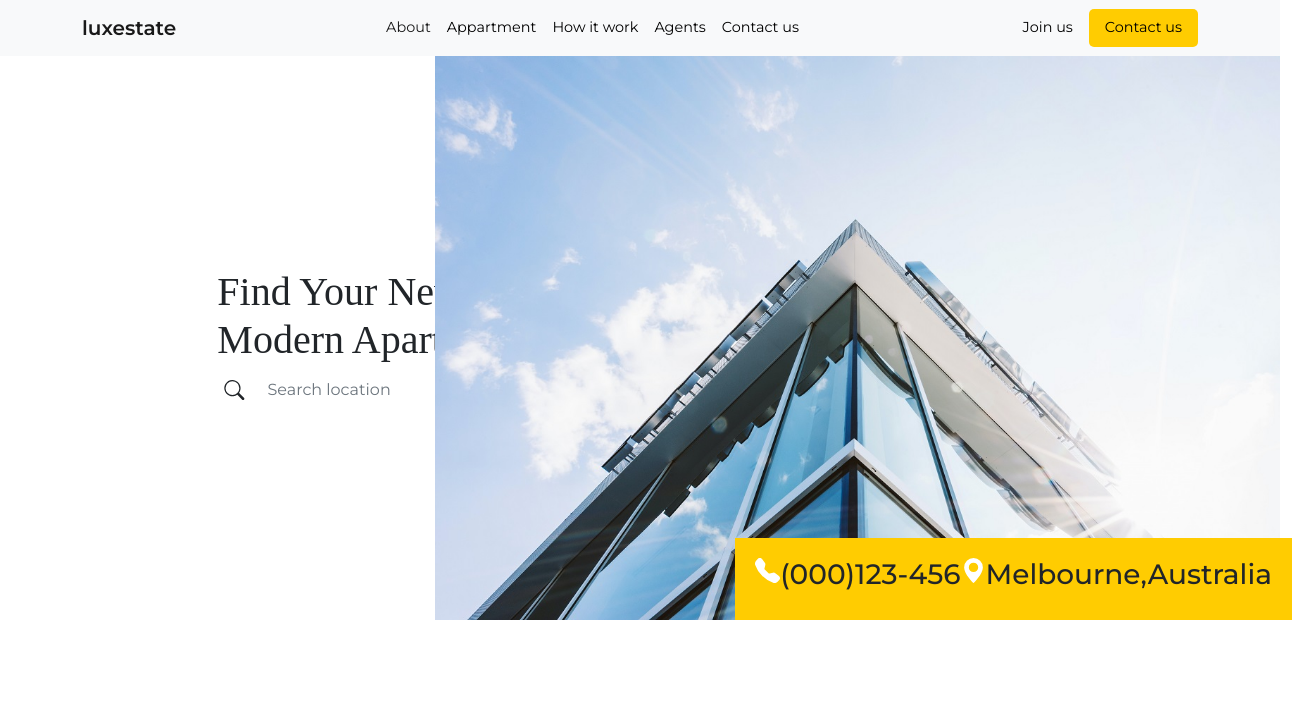
Repository: Toqa-25/luxstate
Page: index.html
The author's editor kept a copy of each file at every save. The page is drawn from the files as they stood at one save, then again after the next save.
The browser window is 1280 px wide. The page is 1292 px wide, so the pictures cover 1292 px, including what lies to the right of the window. The pictures show the whole page.

Above is the page before, as saved 2021-06-07 23:51:57.

### index.html
<!DOCTYPE html>
<html lang="en">
<head>
    <meta charset="UTF-8">
    <meta http-equiv="X-UA-Compatible" content="IE=edge">
    <meta name="viewport" content="width=device-width, initial-scale=1.0">
    <!-- Bootstrap file -->
    <link rel="stylesheet" href="css/bootstrap.css">
    <!-- My Bootstrap file -->
    <link rel="stylesheet" href="css/my-bootstrap.css">
    <!-- all main style -->
    <link rel="stylesheet" href="css/all.min.css">
    <!-- CDN css file -->
    <link href="https://cdn.jsdelivr.net/npm/bootstrap@5.0.1/dist/css/bootstrap.min.css" rel="stylesheet" integrity="sha384-+0n0xVW2eSR5OomGNYDnhzAbDsOXxcvSN1TPprVMTNDbiYZCxYbOOl7+AMvyTG2x" crossorigin="anonymous">
    <!-- Style file -->
    <link rel="stylesheet" href="css/style.css">
    <!-- web fonts -->
    <link rel="preconnect" href="https://fonts.gstatic.com">
<link href="https://fonts.googleapis.com/css2?family=Montserrat:wght@100;200;300;400;500;600;700;800;900&display=swap" rel="stylesheet">
    <title>Bootstarp</title>
</head>
<body>
    <nav class="navbar navbar-expand-lg navbar-light bg-light">
        <div class="container">
          <a class="navbar-brand" href="#">luxestate</a>
          <button class="navbar-toggler" type="button" data-bs-toggle="collapse" data-bs-target="#navbarSupportedContent" aria-controls="navbarSupportedContent" aria-expanded="false" aria-label="Toggle navigation">
            <span class="navbar-toggler-icon"></span>
          </button>
          <div class="collapse navbar-collapse offset-2 navbar-light" id="navbarSupportedContent">
            <ul class="navbar-nav me-auto mb-2 mb-lg-0 ">
              <li class="nav-item">
                <a class="nav-link active" aria-current="page" href="#">About</a>
              </li>
              <li class="nav-item ">
                <a class="nav-link " href="#">Appartment</a>
              </li>
              <li class="nav-item">
                <a class="nav-link" href="#">How it work</a>
              </li>
              <li class="nav-item">
                <a class="nav-link" href="#">Agents</a>
              </li>
              <li class="nav-item">
                <a class="nav-link" href="#">Contact us</a>
              </li>

            </ul>
            <ul class="nav justify-content-end last-nav">
                <li class="nav-item">
                  <a class="nav-link active" aria-current="page" href="#">Join us</a>
                </li>
                <li class="nav-item focuse">
                  <a class="nav-link " href="#">Contact us</a>
                </li>

              </ul>
          </div>
        </div>
      </nav>
      <header>
      <div class="row">
        <div class="image-section float-end col-8 ">
        <img src="images/cover-unsplash.jpg" class="img-fluid "  alt="...">
        <div class="text-over d-flex float-end">
          <svg xmlns="http://www.w3.org/2000/svg" width="25" height="25" fill="#ffffff" class="bi bi-telephone-fill" viewBox="0 0 16 16">
            <path fill-rule="evenodd" d="M1.885.511a1.745 1.745 0 0 1 2.61.163L6.29 2.98c.329.423.445.974.315 1.494l-.547 2.19a.678.678 0 0 0 .178.643l2.457 2.457a.678.678 0 0 0 .644.178l2.189-.547a1.745 1.745 0 0 1 1.494.315l2.306 1.794c.829.645.905 1.87.163 2.611l-1.034 1.034c-.74.74-1.846 1.065-2.877.702a18.634 18.634 0 0 1-7.01-4.42 18.634 18.634 0 0 1-4.42-7.009c-.362-1.03-.037-2.137.703-2.877L1.885.511z"/>
          </svg>
          <h3>(000)123-456</h3>
          <svg xmlns="http://www.w3.org/2000/svg" width="25" height="25" fill="#ffffff" class="bi bi-geo-alt-fill" viewBox="0 0 16 16">
            <path d="M8 16s6-5.686 6-10A6 6 0 0 0 2 6c0 4.314 6 10 6 10zm0-7a3 3 0 1 1 0-6 3 3 0 0 1 0 6z"/>
          </svg>
          <h3>Melbourne,Australia</h3>
        </div>
        </div>
          <div class="header-text  col-4 order-first">
              <h1>Find Your New <br>
                Modern Apartment </h1>
                <form class="d-flex">
                    <svg xmlns="http://www.w3.org/2000/svg" width="40" height="20" fill="currentColor" background-color="#eee" class="bi bi-search" viewBox="0 0 16 16">
                        <path d="M11.742 10.344a6.5 6.5 0 1 0-1.397 1.398h-.001c.03.04.062.078.098.115l3.85 3.85a1 1 0 0 0 1.415-1.414l-3.85-3.85a1.007 1.007 0 0 0-.115-.1zM12 6.5a5.5 5.5 0 1 1-11 0 5.5 5.5 0 0 1 11 0z"/>
                      </svg>
                    <input class="form-control " type="search" placeholder=" Search location" aria-label="Search">
                    <button class="btn btn-warning" type="submit">Search </button>
                  </form>
          </div>

      </div>

    </header>

      <script src="js/bootstrap.min.js"></script>
</body>
</html>

### css/style.css
/* veriables */
:root{
    --main-color:#ffcc01;
}

/* global rules */
body{
    font-family: 'Montserrat', sans-serif;
    margin: 0;
    padding: 0;
}
 /* file style */

 .navbar-light .navbar-nav .nav-link,
 .last-nav  .nav-item .nav-link {
    color: black;
    font-weight: 400;
    font-size: .9rem;
}
.navbar-brand{
    font-weight: 600;
}
.last-nav   .focuse{
    background-color: var(--main-color);
    border-radius: 5px;
}
.header-text svg{
    margin:auto 5px;
}
.header-text input{
    border: none
}
.header-text button{
    background: var(--main-color);
    font-size: .75rem;
    width: 45%;
}
.header-text .d-flex{

}
.header-text {
    margin: auto;
    transform: translate(50%);
}
.header-text h1{
    font-family: mate sc;
}
header .row{
    position: relative;
}
header .image-section{
  position: relative;
}
.text-over{
    background: var(--main-color);
    bottom: 0px;
    padding: 20px;
    position: absolute;
    right: 0;
}
.text-over svg{

}

Loaded but not shown: css/my-bootstrap.css (library); css/all.min.css (library); js/bootstrap.min.js (library); css/bootstrap.css (no copy from this time; the picture is the same without it)

After the next save:
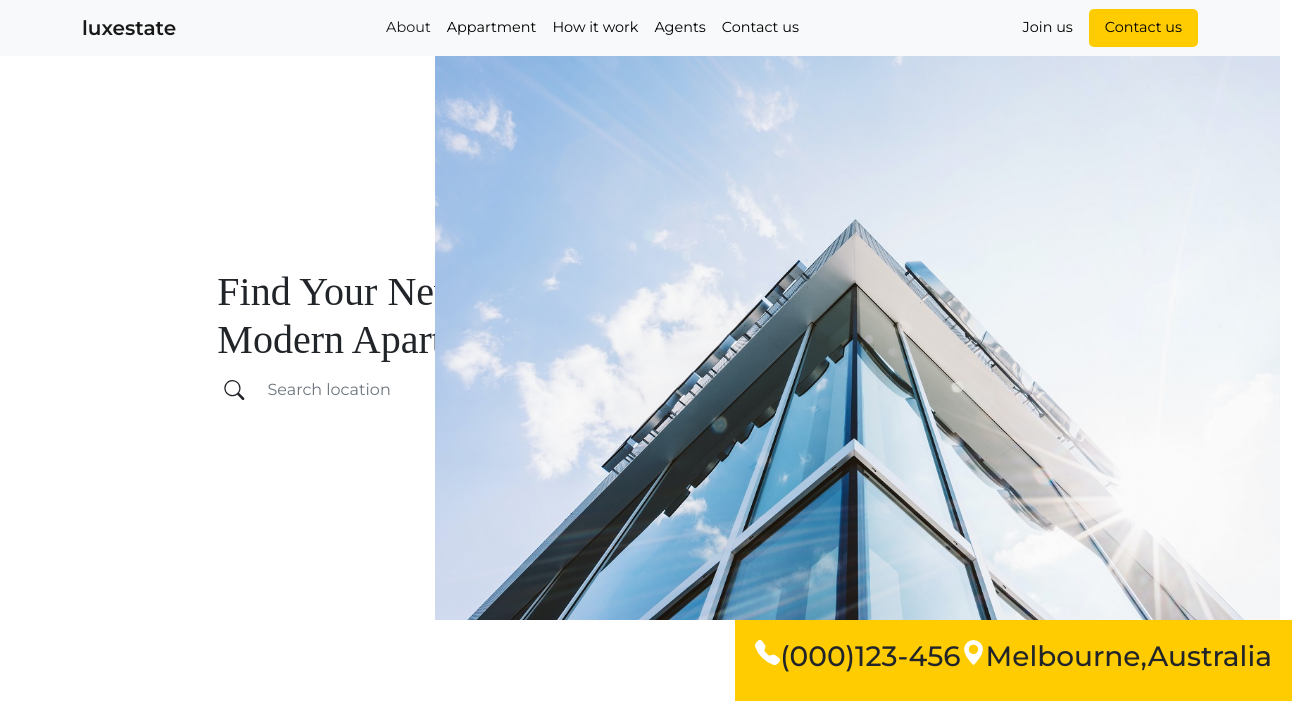
Saved 9 s later.
--- a/css/style.css
+++ b/css/style.css
@@ -53,7 +53,6 @@
 }
 .text-over{
     background: var(--main-color);
-    bottom: 0px;
     padding: 20px;
     position: absolute;
     right: 0;

After the save that followed:
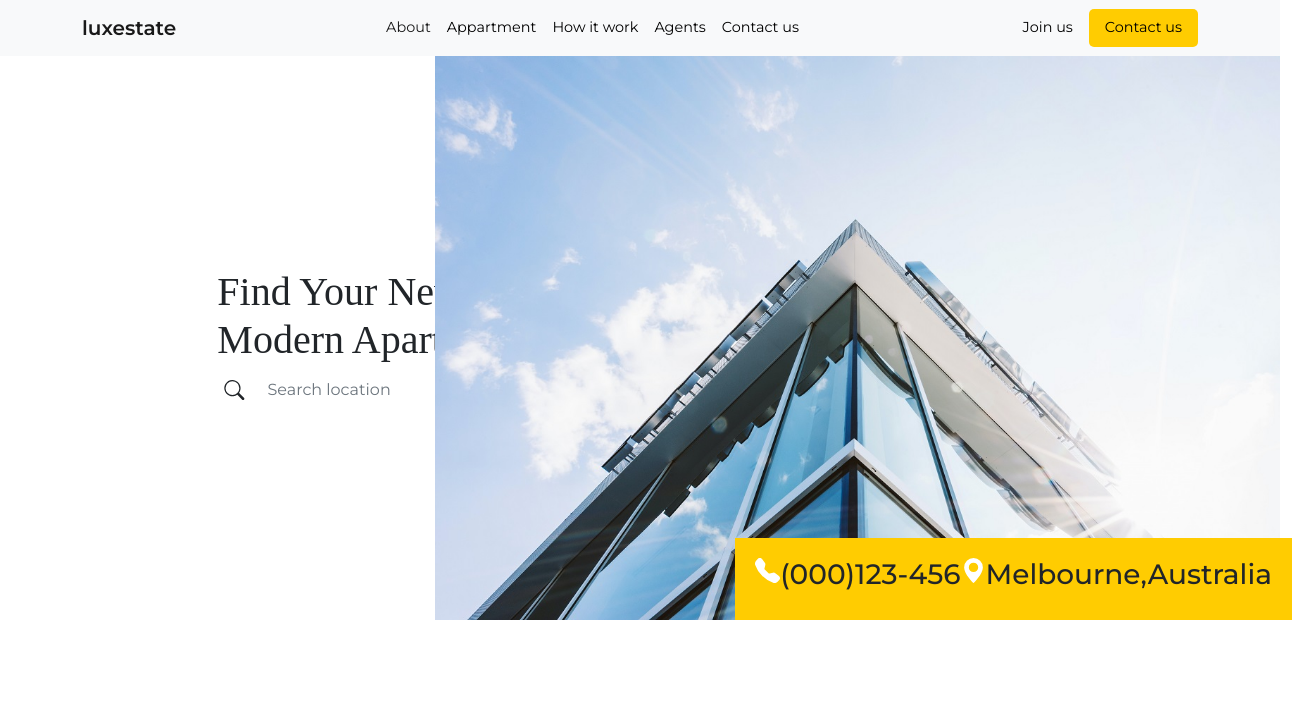
Saved 4 s later.
--- a/css/style.css
+++ b/css/style.css
@@ -56,6 +56,8 @@
     padding: 20px;
     position: absolute;
     right: 0;
+
+    bottom: 0px;
 }
 .text-over svg{
 
